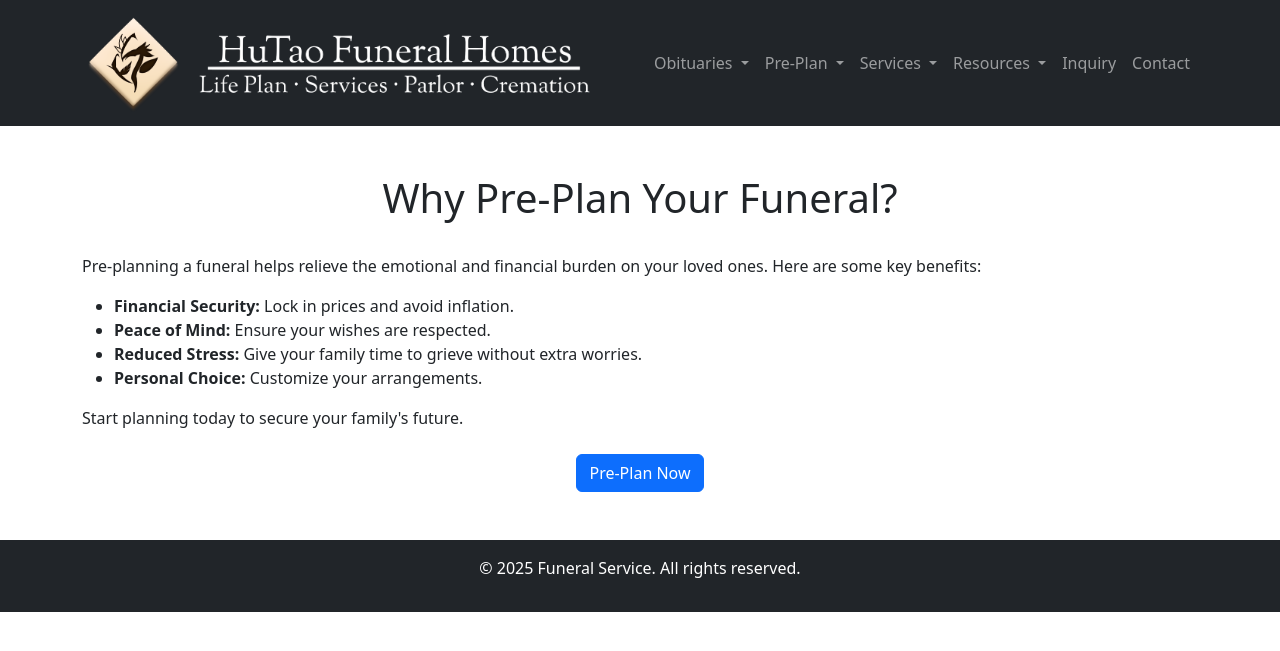
Repository: Jamil-cyber-hash/INSANITY
Page: http://localhost/pre-plan.php
These files come from the project's save history. The page is drawn as it stood at one moment and after the next save; the edit follows.
The browser window is 1280 px wide. The pictures show the whole page.
The page is run by PHP 8.4 with error messages shown; the project is at /var/www/html/.

Above is the page before, as saved 2025-03-27 14:11:46.

### pre-plan.php
<?php
include 'db.php';
if ($_SERVER["REQUEST_METHOD"] == "POST") {
    // Capture form data
    $first_name = $_POST["first_name"];
    $middle_name = $_POST["middle_name"];
    $last_name = $_POST["last_name"];
    $dob = $_POST["dob"];
    $gender = $_POST["gender"];
    $nationality = $_POST["nationality"];
    $marital_status = $_POST["marital_status"];
    $occupation = $_POST["occupation"];
    $phone = $_POST["phone"];
    $email = $_POST["email"];
    $preferred_language = $_POST["preferred_language"];
    $religion = $_POST["religion"];
    $burial_cremation = $_POST["burial_cremation"];
    $funeral_home = $_POST["funeral_home"];
    $cemetery_site = $_POST["cemetery_site"];
    $service_details = $_POST["service_details"];

    $form_submitted = true; // Flag to show the submitted information
} else {
    $form_submitted = false;
}
?>

<!DOCTYPE html>
<html lang="en">
<head>
    <meta charset="UTF-8">
    <meta name="viewport" content="width=device-width, initial-scale=1.0">
    <title>Why Pre-Plan?</title>
    <link href="https://cdn.jsdelivr.net/npm/bootstrap@5.3.3/dist/css/bootstrap.min.css" rel="stylesheet" integrity="sha384-QWTKZyjpPEjISv5WaRU9OFeRpok6YctnYmDr5pNlyT2bRjXh0JMhjY6hW+ALEwIH" crossorigin="anonymous">
<script src="https://cdn.jsdelivr.net/npm/bootstrap@5.3.3/dist/js/bootstrap.bundle.min.js" integrity="sha384-YvpcrYf0tY3lHB60NNkmXc5s9fDVZLESaAA55NDzOxhy9GkcIdslK1eN7N6jIeHz" crossorigin="anonymous"></script>
</head>
<body>

<?php include 'header.php'; ?>

<!-- Pre-Plan Information -->
<div class="container mt-5">
    <h1 class="text-center">Why Pre-Plan Your Funeral?</h1><br>
    <p>Pre-planning a funeral helps relieve the emotional and financial burden on your loved ones. Here are some key benefits:</p>

    <ul>
        <li><strong>Financial Security:</strong> Lock in prices and avoid inflation.</li>
        <li><strong>Peace of Mind:</strong> Ensure your wishes are respected.</li>
        <li><strong>Reduced Stress:</strong> Give your family time to grieve without extra worries.</li>
        <li><strong>Personal Choice:</strong> Customize your arrangements.</li>
    </ul>

    <p>Start planning today to secure your family's future.</p>

    <!-- Pre-Plan Now Button -->
    <?php if (!$form_submitted): ?>
        <div class="text-center mt-4">
            <button class="btn btn-primary" onclick="showForm()">Pre-Plan Now</button>
        </div>

        <!-- Pre-Planning Form -->
        <div id="prePlanForm" style="display: none;" class="mt-4">
            <h4 class="text-center">Fill in Your Personal Information</h4>
            <form method="POST" action="">
                <div class="mb-3">
                    <label>Full Name:</label> <br>
                    <br>
                    <input type="text" name="first_name" class="form-control" placeholder="First Name" required><br>
                    <input type="text" name="middle_name" class="form-control" placeholder="Middle Name (Optional)"><br>
                    <input type="text" name="last_name" class="form-control" placeholder="Last Name" required><br>
                </div>
                <div class="mb-3">
                    <label>Date of Birth:</label>
                    <input type="date" name="dob" class="form-control" required>
                </div>
                <div class="mb-3">
                    <label>Gender:</label>
                    <select name="gender" class="form-control" required>
                        <option value="">Select</option>
                        <option value="Male">Male</option>
                        <option value="Female">Female</option>
                        <option value="Other">Other</option>
                    </select>
                </div>
                <div class="mb-3">
                    <label>Nationality:</label>
                    <input type="text" name="nationality" class="form-control" required>
                </div>
                <div class="mb-3">
                    <label>Marital Status:</label>
                    <select name="marital_status" class="form-control">
                        <option value="">Select</option>
                        <option value="Single">Single</option>
                        <option value="Married">Married</option>
                        <option value="Widowed">Widowed</option>
                        <option value="Divorced">Divorced</option>
                    </select>
                </div>
                <div class="mb-3">
                    <label>Occupation:</label>
                    <input type="text" name="occupation" class="form-control">
                </div>
                <div class="mb-3">
                    <label>Phone Number:</label>
                    <input type="text" name="phone" class="form-control" required>
                </div>
                <div class="mb-3">
                    <label>Email Address:</label>
                    <input type="email" name="email" class="form-control" required>
                </div>
                <div class="mb-3">
                    <label>Preferred Language for Ceremony:</label>
                    <input type="text" name="preferred_language" class="form-control">
                </div>
                <div class="mb-3">
                    <label>Religious or Cultural Considerations:</label>
                    <input type="text" name="religion" class="form-control">
                </div>
                <div class="mb-3">
                    <label>Burial or Cremation Preference:</label>
                    <input type="text" name="burial_cremation" class="form-control">
                </div>
                <div class="mb-3">
                    <label>Preferred Funeral Home:</label>
                    <input type="text" name="funeral_home" class="form-control">
                </div>
                <div class="mb-3">
                    <label>Cemetery or Cremation Site Choice:</label>
                    <input type="text" name="cemetery_site" class="form-control">
                </div>
                <div class="mb-3">
                    <label>Service Details (Music, Prayers, Eulogies, etc.):</label>
                    <textarea name="service_details" class="form-control"></textarea>
                </div>
                <button type="submit" class="btn btn-success">Submit Pre-Plan</button>
            </form>
        </div>
    <?php else: ?>
        <h3 class="text-center mt-4">Pre-Plan Submitted Successfully</h3>
        <p class="text-center">Thank you for pre-planning. We will contact you soon.</p>
    <?php endif; ?>
</div>



<script src="https://cdn.jsdelivr.net/npm/bootstrap@5.3.3/dist/js/bootstrap.bundle.min.js"></script>
<script>
    function showForm() {
        document.getElementById('prePlanForm').style.display = 'block';
    }
</script>


<!-- Footer -->
<footer class="bg-dark text-white text-center py-3 mt-5">
    <p>&copy; 2025 Funeral Service. All rights reserved.</p>
</footer>
</body>
</html>

### db.php
<?php
$host = "localhost";  // Change if necessary
$user = "root";       // Your MySQL username
$pass = "";           // Your MySQL password (default is empty for XAMPP)
$dbname = "pre_plans";


?>

### header.php
<!DOCTYPE html>
<html lang="en">
<head>
    <meta charset="UTF-8">
    <meta name="viewport" content="width=device-width, initial-scale=1.0">
    <title>Document</title>
    <link href="https://cdn.jsdelivr.net/npm/bootstrap@5.3.3/dist/css/bootstrap.min.css" rel="stylesheet" integrity="sha384-QWTKZyjpPEjISv5WaRU9OFeRpok6YctnYmDr5pNlyT2bRjXh0JMhjY6hW+ALEwIH" crossorigin="anonymous">
<script src="https://cdn.jsdelivr.net/npm/bootstrap@5.3.3/dist/js/bootstrap.bundle.min.js" integrity="sha384-YvpcrYf0tY3lHB60NNkmXc5s9fDVZLESaAA55NDzOxhy9GkcIdslK1eN7N6jIeHz" crossorigin="anonymous"></script>
<link rel="stylesheet" href="css/pang.css">
<link rel="stylesheet" href="css/form.css">
</head>
<body>


<nav class="navbar navbar-expand-lg navbar-dark bg-dark">
    <div class="container">
        <a class="navbar-brand" href="PANG.php"><img src="imaages\logo.png" alt="" class="logo"><img src="imaages\logo2.png" alt="" class="logo2"></a>


         <button class="navbar-toggler" type="button" data-bs-toggle="collapse" data-bs-target="#navbarNav">
            <span class="navbar-toggler-icon"></span>
        </button>

        <div class="collapse navbar-collapse" id="navbarNav">
            <ul class="navbar-nav ms-auto">
                <!-- Obituaries Dropdown -->
                <li class="nav-item dropdown">
                    <a class="nav-link dropdown-toggle" href="#" id="obituariesDropdown" role="button" data-bs-toggle="dropdown" aria-expanded="false">
                        Obituaries
                    </a>
                    <ul class="dropdown-menu" aria-labelledby="obituariesDropdown">
                        <li><a class="dropdown-item" href="PANG.php#obituaries">Recent Obituaries</a></li>
                        <li><a class="dropdown-item" href="search_obituaries.php">Search Obituaries</a></li>

                    </ul>
                </li>

                <!-- Pre-Plan Dropdown -->
                <li class="nav-item dropdown">
                    <a class="nav-link dropdown-toggle" href="#" id="preplanDropdown" role="button" data-bs-toggle="dropdown" aria-expanded="false">
                        Pre-Plan
                    </a>
                    <ul class="dropdown-menu" aria-labelledby="preplanDropdown">
                        <li><a class="dropdown-item" href="pre-plan.php">Why Pre-Plan?</a></li>

                    </ul>
                </li>

                <!-- Services Dropdown -->
                <li class="nav-item dropdown">
                    <a class="nav-link dropdown-toggle" href="services.php" id="servicesDropdown" role="button" data-bs-toggle="dropdown" aria-expanded="false">
                        Services
                    </a>
                    <ul class="dropdown-menu" aria-labelledby="servicesDropdown">
                        <li><a class="dropdown-item" href="burial_services.php">Burial Services</a></li>
                        <li><a class="dropdown-item" href="cremation.php">Cremation Services</a></li>
                        <li><a class="dropdown-item" href="memorial.php">Memorial Planning</a></li>
                    </ul>
                </li>

                <!-- Resources Dropdown -->
                <li class="nav-item dropdown">
                    <a class="nav-link dropdown-toggle" href="#" id="resourcesDropdown" role="button" data-bs-toggle="dropdown" aria-expanded="false">
                        Resources
                    </a>
                    <ul class="dropdown-menu" aria-labelledby="resourcesDropdown">
                        <li><a class="dropdown-item" href="grief_support.php">Grief Support</a></li>
                        <li><a class="dropdown-item" href="faq.php">FAQs</a></li>
                    </ul>
                </li>

                <!-- Inquiry Link -->
                <li class="nav-item">
                    <a class="nav-link" href="inquiry.php">Inquiry</a>
                </li>

                <!-- Contact Link -->
                <li class="nav-item">
                    <a class="nav-link" href="PANG.php#contact">Contact</a>
                </li>
            </ul>
        </div>
    </div>
</nav>
</body>
</html>

### css/pang.css

.carousel-item img {
    width: 100%;
    height: 600px;
    object-fit: cover;
}
.logo{
    height: 100px;
    width: auto;
    object-fit: contain;

}
.logo2{
    height: 100px;
    width: auto;
    object-fit: contain;

}
.map1{
    align-items: center;
    justify-content: center;
    text-align: center;
}
.map2{
    align-items: center;
    justify-content: center;
    text-align: center;
}
.navbar-nav .dropdown .dropdown-menu {
    display: block;
    opacity: 0;
    visibility: hidden;
    transition: opacity 0.3s ease, transform 0.3s ease;
    transform: translateY(-10px);
}

.navbar-nav .dropdown:hover .dropdown-menu {
    opacity: 1;
    visibility: visible;
    transform: translateY(0);
}

### css/form.css
#sender_email {
    border: 1px solid #ced4da;
    transition: border-color 0.2s ease-in-out;
}

/* Red border when invalid */
#sender_email.invalid {
    border-color: #dc3545;
}

/* Optional: Green border when valid */
#sender_email.valid {
    border-color: #28a745;
}

### footer.php
<!DOCTYPE html>
<html lang="en">
<head>
    <meta charset="UTF-8">
    <meta name="viewport" content="width=device-width, initial-scale=1.0">
    <title>Document</title>
    <script src="https://cdn.jsdelivr.net/npm/bootstrap@5.3.0/dist/js/bootstrap.bundle.min.js"></script>
<link href="https://cdn.jsdelivr.net/npm/bootstrap@5.3.3/dist/css/bootstrap.min.css" rel="stylesheet" integrity="sha384-QWTKZyjpPEjISv5WaRU9OFeRpok6YctnYmDr5pNlyT2bRjXh0JMhjY6hW+ALEwIH" crossorigin="anonymous">
</head>
<body>

<footer class="footer mt-auto py-3 bg-dark text-white text-center">
    <div class="container">
        <span>© 2025 Your Funeral Service. All Rights Reserved.</span>
    </div>
</footer>
</body>
</html>

After the next save:
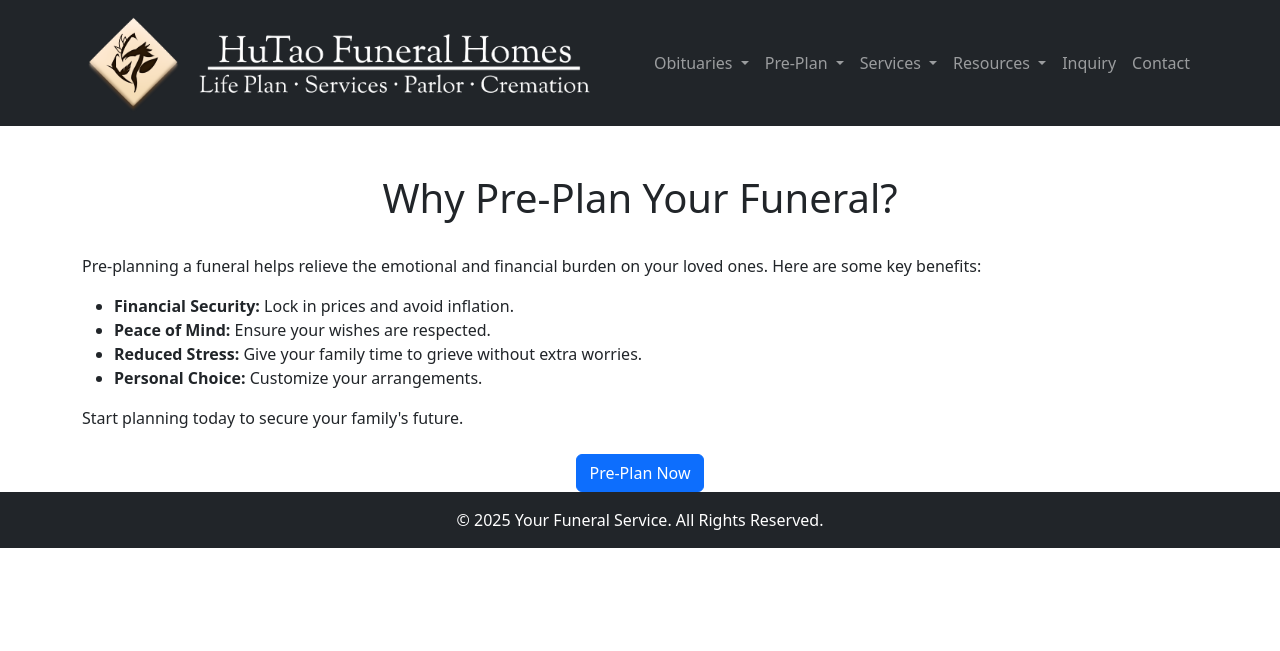
Saved 45 s later.
--- a/pre-plan.php
+++ b/pre-plan.php
@@ -152,8 +152,6 @@ if ($_SERVER["REQUEST_METHOD"] == "POST") {
 
 
 <!-- Footer -->
-<footer class="bg-dark text-white text-center py-3 mt-5">
-    <p>&copy; 2025 Funeral Service. All rights reserved.</p>
-</footer>
+<?php include 'footer.php'; ?>
 </body>
 </html>
